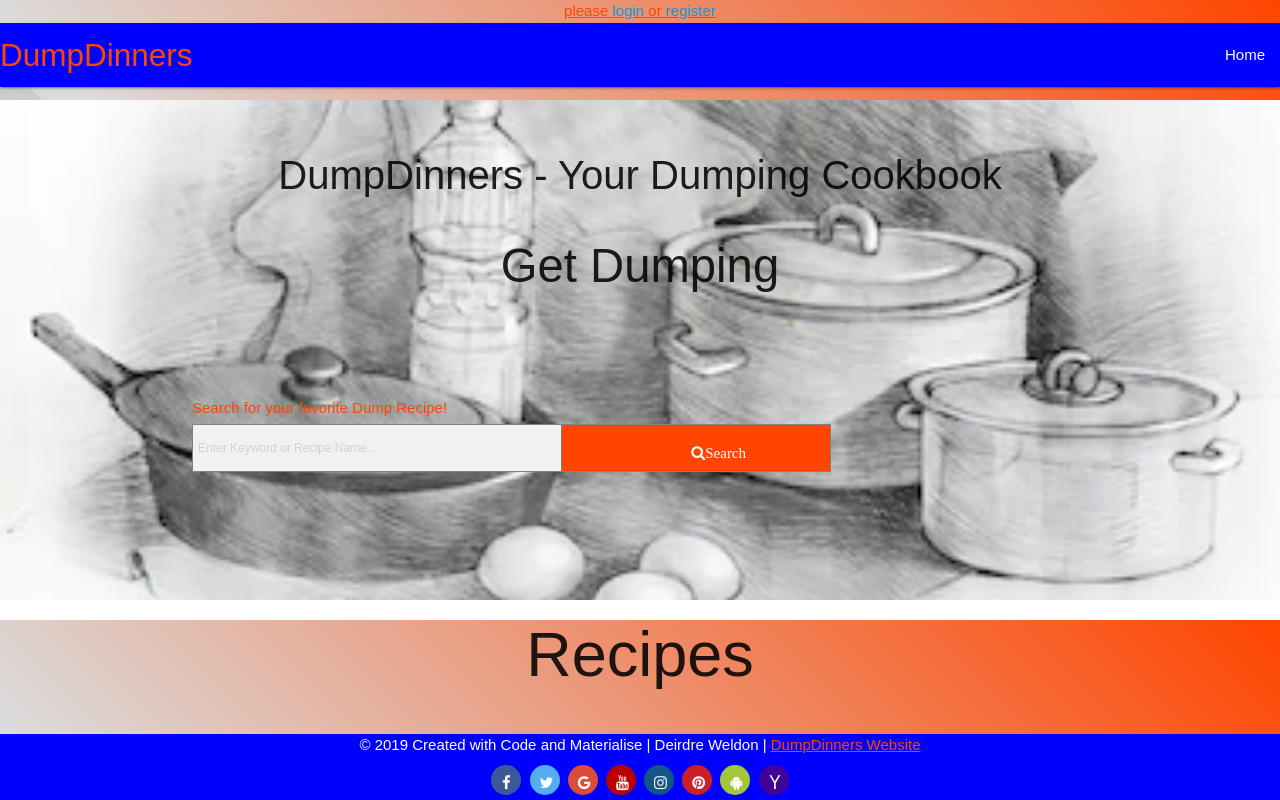
Repository: Deirdre18/dumpdinners-recipe-app
Page: http://localhost/
The author's editor kept a record of every edit. The page is drawn from the files as they stood at one moment, then again after the next edit.
The browser window is 1280 px wide. The pictures show the whole page.
Some web libraries are served in a nearby version. The page is served by the project's application, run on Flask 3 (app.py). Queries for data that is not in the repository find no rows.

Above is the page before.

After the next edit:
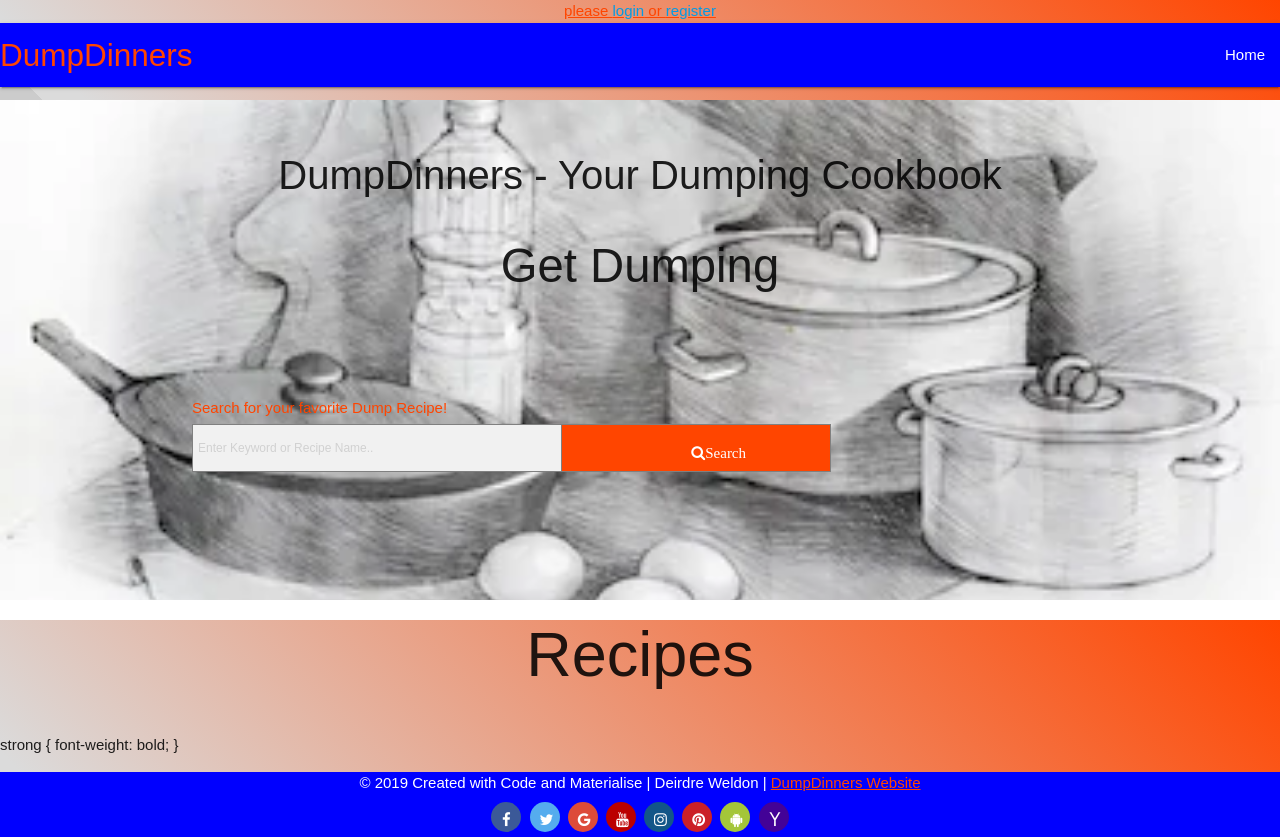
The edit:
--- a/templates/base.html
+++ b/templates/base.html
@@ -309,7 +309,9 @@
 
     </style>
 
-
+    strong {
+            font-weight: bold;
+        }
 
     <div class="footer">
 

After the edit that followed:
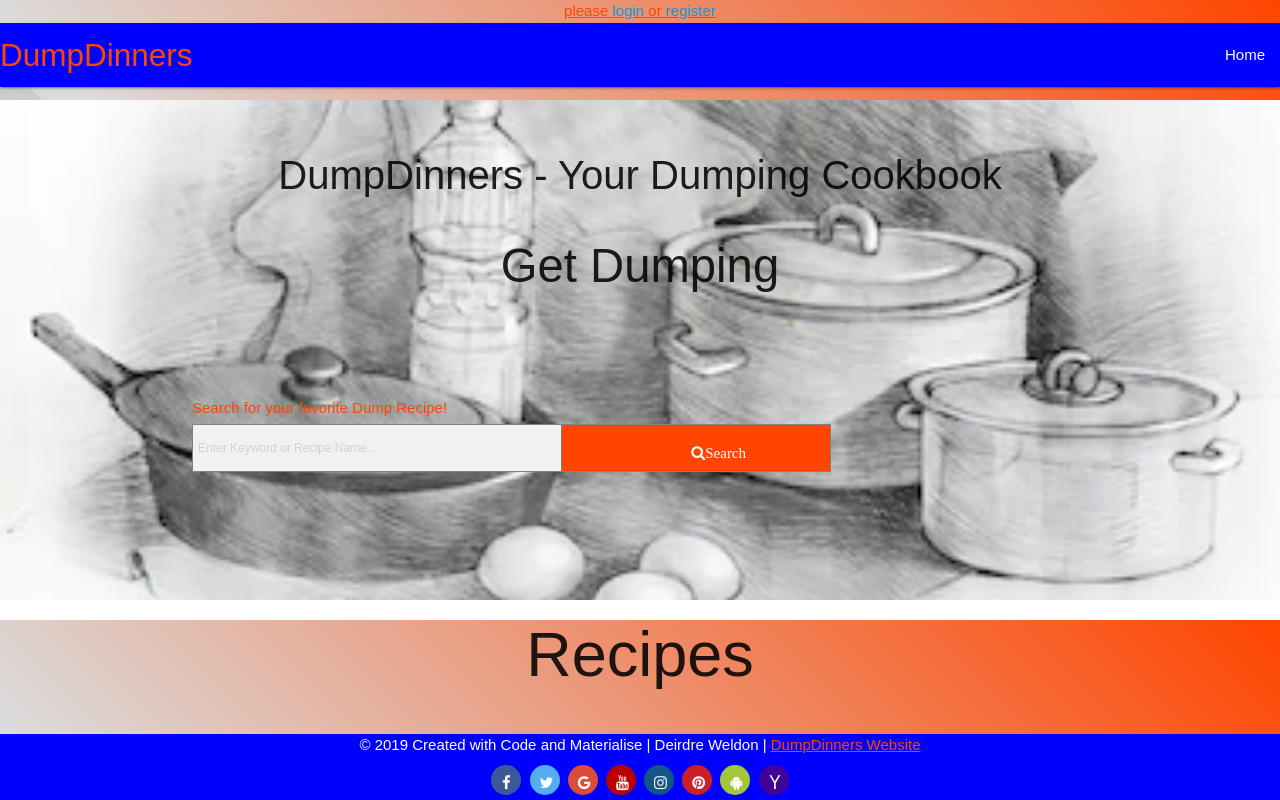
The edit:
--- a/templates/base.html
+++ b/templates/base.html
@@ -309,9 +309,7 @@
 
     </style>
 
-    strong {
-            font-weight: bold;
-        }
+
 
     <div class="footer">
 
